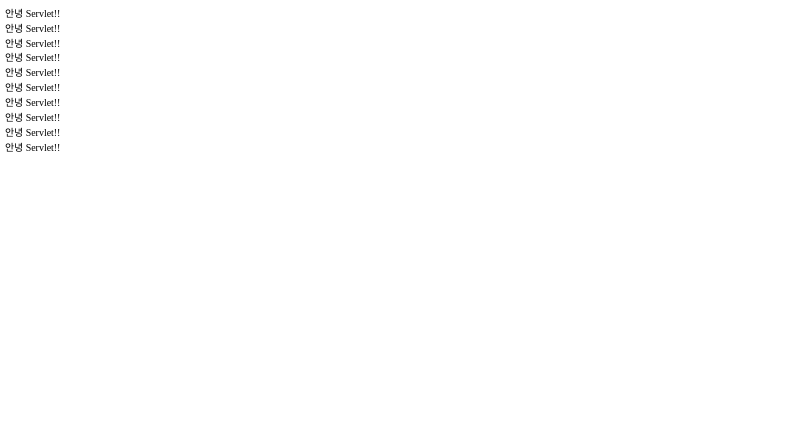
Repository: soyamilk0705/spring-newlecture
Page: http://localhost/JSPPrj/nana.jsp
These files come from the project's save history. The page is drawn as it stood at one moment and after the next save; the edit follows.
The browser window is 1280 px wide. The pictures show the whole page, at 62% of full size.
The page is served by Tomcat 9. Other server files are loaded and not shown.

Above is the page before, as saved 2024-01-16 13:30:55.

### ServeltAndJsp/JSPPrj/WebContent/nana.jsp
<%@ page language="java" contentType="text/html; charset=UTF-8"
    pageEncoding="UTF-8"%>
<%
String cnt_ = request.getParameter("cnt");

int cnt = 100;

if(cnt_ != null && !cnt_.equals("")) {
	cnt = Integer.parseInt(request.getParameter("cnt"));
}

%>
<!DOCTYPE html>
<html>
<head>
<meta charset="UTF-8">
<title>Insert title here</title>
</head>
<body>
	<%for(int i=0; i<10; i++) { %>
		안녕 Servlet!!<br >
	<%}%>

</body>
</html>

After the next save:
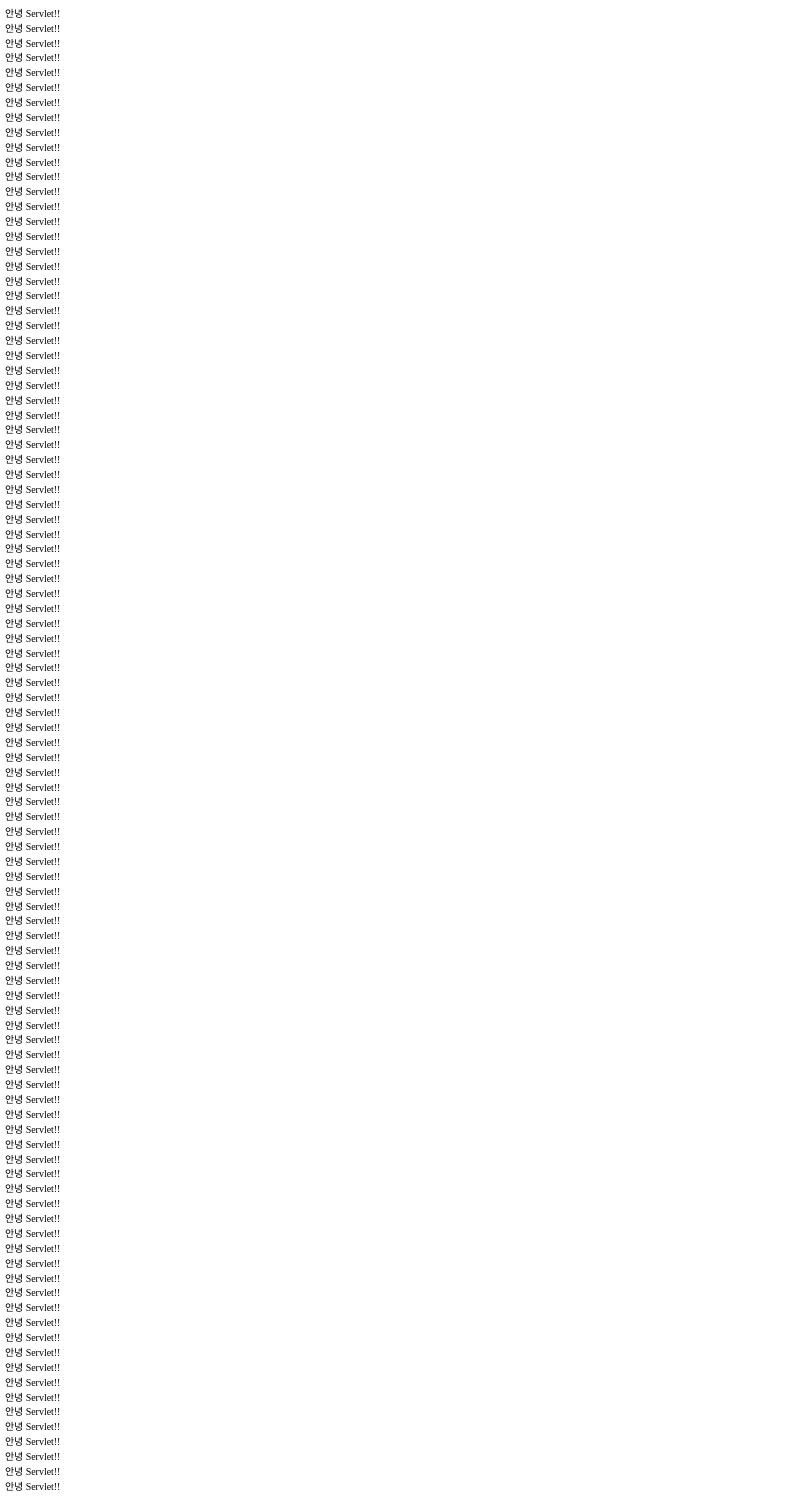
Saved 13 s later.
--- a/ServeltAndJsp/JSPPrj/WebContent/nana.jsp
+++ b/ServeltAndJsp/JSPPrj/WebContent/nana.jsp
@@ -17,7 +17,7 @@ if(cnt_ != null && !cnt_.equals("")) {
 <title>Insert title here</title>
 </head>
 <body>
-	<%for(int i=0; i<10; i++) { %>
+	<%for(int i=0; i<cnt; i++) { %>
 		안녕 Servlet!!<br >
 	<%}%>
 
